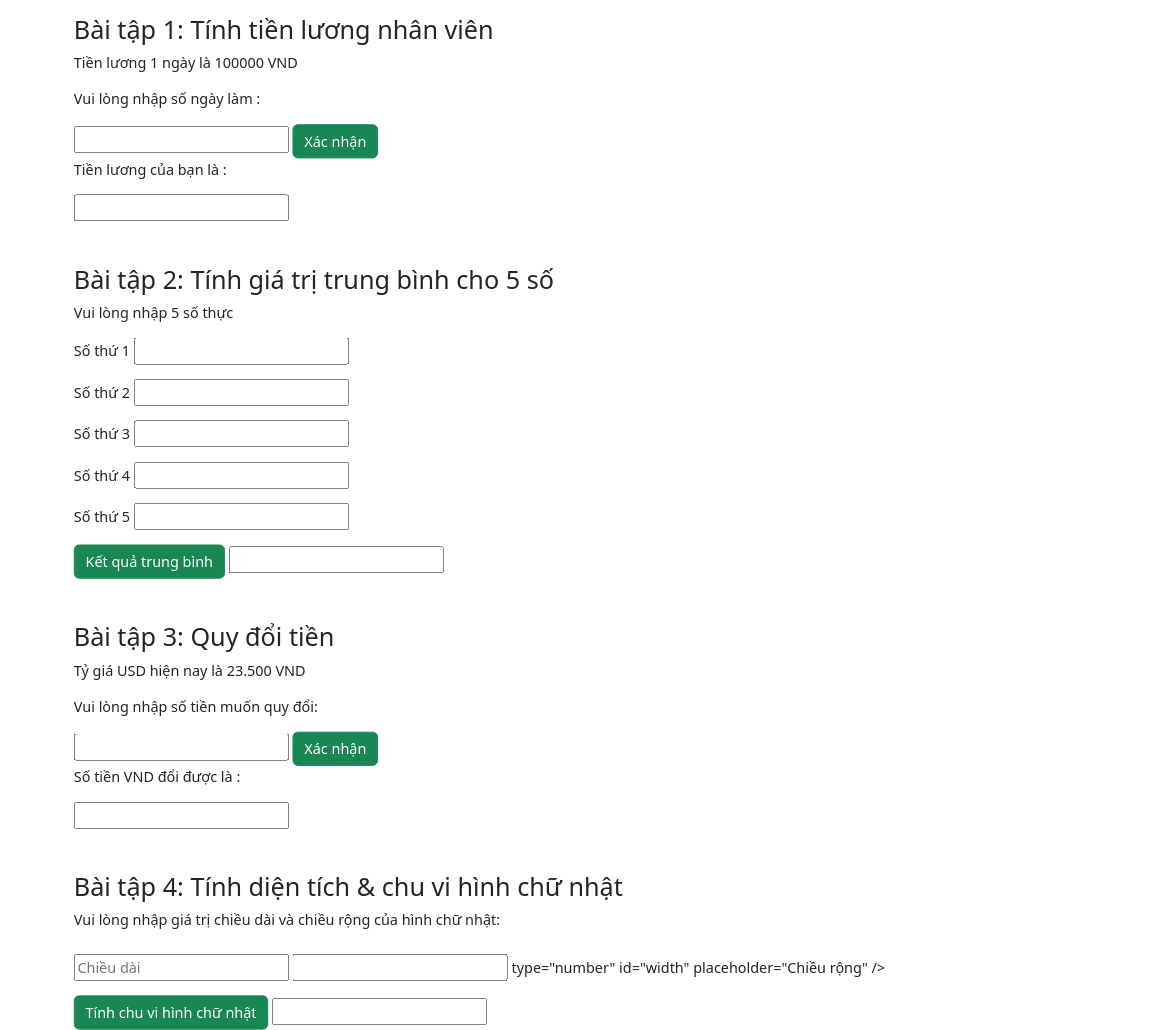
Repository: hcozyph/TranHuuPhuoc_BC43_BT_JS_Buoi2
Page: index.html
The author's editor kept a copy of each file at every save. The page is drawn from the files as they stood at one save, then again after the next save.
The browser window is 1280 px wide. The pictures show the whole page, at 90% of full size.

Above is the page before, as saved 2023-01-21 22:50:05.

### index.html
<!DOCTYPE html>
<html lang="en">
    <head>
        <title>BT JS - Buoi 1</title>
        <!-- Required meta tags -->
        <meta charset="utf-8" />
        <meta
            name="viewport"
            content="width=device-width, initial-scale=1, shrink-to-fit=no"
        />

        <!-- Bootstrap CSS v5.2.1 -->
        <link
            href="https://cdn.jsdelivr.net/npm/bootstrap@5.2.1/dist/css/bootstrap.min.css"
            rel="stylesheet"
            integrity="sha384-iYQeCzEYFbKjA/T2uDLTpkwGzCiq6soy8tYaI1GyVh/UjpbCx/TYkiZhlZB6+fzT"
            crossorigin="anonymous"
        />

        <!-- FontAwesome 6.2.0 CSS -->
        <link
            rel="stylesheet"
            href="https://cdnjs.cloudflare.com/ajax/libs/font-awesome/6.2.0/css/all.min.css"
            integrity="sha512-xh6O/CkQoPOWDdYTDqeRdPCVd1SpvCA9XXcUnZS2FmJNp1coAFzvtCN9BmamE+4aHK8yyUHUSCcJHgXloTyT2A=="
            crossorigin="anonymous"
            referrerpolicy="no-referrer"
        />

        <!-- index.css -->
        <link rel="stylesheet" href="./style/index.css" />
    </head>

    <body>
        <!-- BT1 -->
        <div class="container">
            <div class="BT1">
                <h1 class="fs-3 mt-3">Bài tập 1: Tính tiền lương nhân viên</h1>
                <p>Tiền lương 1 ngày là 100000 VND</p>
                <p>Vui lòng nhập số ngày làm :</p>
                <input type="number" id="soNgayLam" />
                <button
                    class="btn btn-success"
                    id="btnXacNhan"
                    onclick="inputSoNgayLam()"
                >
                    Xác nhận
                </button>
                <p>Tiền lương của bạn là :</p>
                <input type="text" id="result" />
            </div>

            <!-- BT2 -->
            <div class="BT2">
                <h1 class="fs-3 mt-5">
                    Bài tập 2: Tính giá trị trung bình cho 5 số
                </h1>
                <p>Vui lòng nhập 5 số thực</p>

                <p>Số thứ 1 <input type="number" id="n1" /></p>
                <p>Số thứ 2 <input type="number" id="n2" /></p>
                <p>Số thứ 3 <input type="number" id="n3" /></p>
                <p>Số thứ 4 <input type="number" id="n4" /></p>
                <p>Số thứ 5 <input type="number" id="n5" /></p>

                <button
                    class="btn btn-success"
                    id="btnAverage"
                    onclick="average()"
                >
                    Kết quả trung bình
                </button>
                <input type="text" id="average" />
            </div>

            <!-- BT3 -->
            <div class="BT3">
                <h1 class="fs-3 mt-5">Bài tập 3: Quy đổi tiền</h1>
                <p>Tỷ giá USD hiện nay là 23.500 VND</p>
                <p>Vui lòng nhập số tiền muốn quy đổi:</p>

                <input type="number" id="inputUsd" />
                <button
                    class="btn btn-success"
                    id="btnTradeMoney"
                    onclick="tradeMoney ()"
                >
                    Xác nhận
                </button>

                <p>Số tiền VND đổi được là :</p>
                <input type="text" id="tradeMoney" />
            </div>

            <!-- BT4 -->
            <div class="BT4">
                <div>
                    <h1 class="fs-3 mt-5">
                        Bài tập 4: Tính diện tích & chu vi hình chữ nhật
                    </h1>
                    <p>
                        Vui lòng nhập giá trị chiều dài và chiều rộng của hình
                        chữ nhật:
                    </p>

                    <input type="number" id="length" placeholder="Chiều dài" />
                    <input <!-- style="margin-top: 10px" -- />
                    type="number" id="width" placeholder="Chiều rộng" />
                </div>

                <div class="chuVi mt-3">
                    <button class="btn btn-success">
                        Tính chu vi hình chữ nhật
                    </button>
                    <input type="number" id="chuVi" />
                </div>
            </div>
        </div>

        <!-- Bootstrap JavaScript Libraries -->
        <script
            src="https://cdn.jsdelivr.net/npm/@popperjs/core@2.11.6/dist/umd/popper.min.js"
            integrity="sha384-oBqDVmMz9ATKxIep9tiCxS/Z9fNfEXiDAYTujMAeBAsjFuCZSmKbSSUnQlmh/jp3"
            crossorigin="anonymous"
        ></script>

        <script
            src="https://cdn.jsdelivr.net/npm/bootstrap@5.2.1/dist/js/bootstrap.min.js"
            integrity="sha384-7VPbUDkoPSGFnVtYi0QogXtr74QeVeeIs99Qfg5YCF+TidwNdjvaKZX19NZ/e6oz"
            crossorigin="anonymous"
        ></script>

        <!-- index.js -->
        <script src="./index.js"></script>
    </body>
</html>

### index.js
//BT1: Tính tiền lương nhân viên
function inputSoNgayLam () {
    //input
    var soNgayLam = document.getElementById('soNgayLam').value;
    var luongMotNgay = 100000;
    //output
    var result = 0;

    var result = parseInt(soNgayLam) * parseInt(luongMotNgay);

    document.getElementById('result').value = result.toLocaleString() + ' VND';
}

//BT2: Tính trung bình cộng 5 số
function average () {
    //input
    var n1 = document.getElementById('n1').value;
    var n2 = document.getElementById('n2').value;
    var n3 = document.getElementById('n3').value;
    var n4 = document.getElementById('n4').value;
    var n5 = document.getElementById('n5').value;
    //output
    var average = 0;
    var soLuongInput = 5;

    var sum = parseFloat(n1) + parseFloat(n2) + parseFloat(n3) + parseFloat(n4) + parseFloat(n5);

    var average =  sum / parseFloat(soLuongInput) ;

    document.getElementById('average').value = average;
}

//BT3: Quy đổi tiền
function tradeMoney () {
    //input
    var inputUsd = document.getElementById('inputUsd').value;
    var tyGia = 23500;

    //output
    var tradeMoney = 0;

    var tradeMoney = parseInt(inputUsd) * parseInt(tyGia);
    document.getElementById('tradeMoney').value = tradeMoney.toLocaleString() + ' VND';


}










/*
Link vercel:
https://tran-huu-phuoc-bc-43-bt-js-buoi1.vercel.app/
*/

Loaded but not shown: style/index.css (no stored copy; drawn as an empty file)

After the next save:
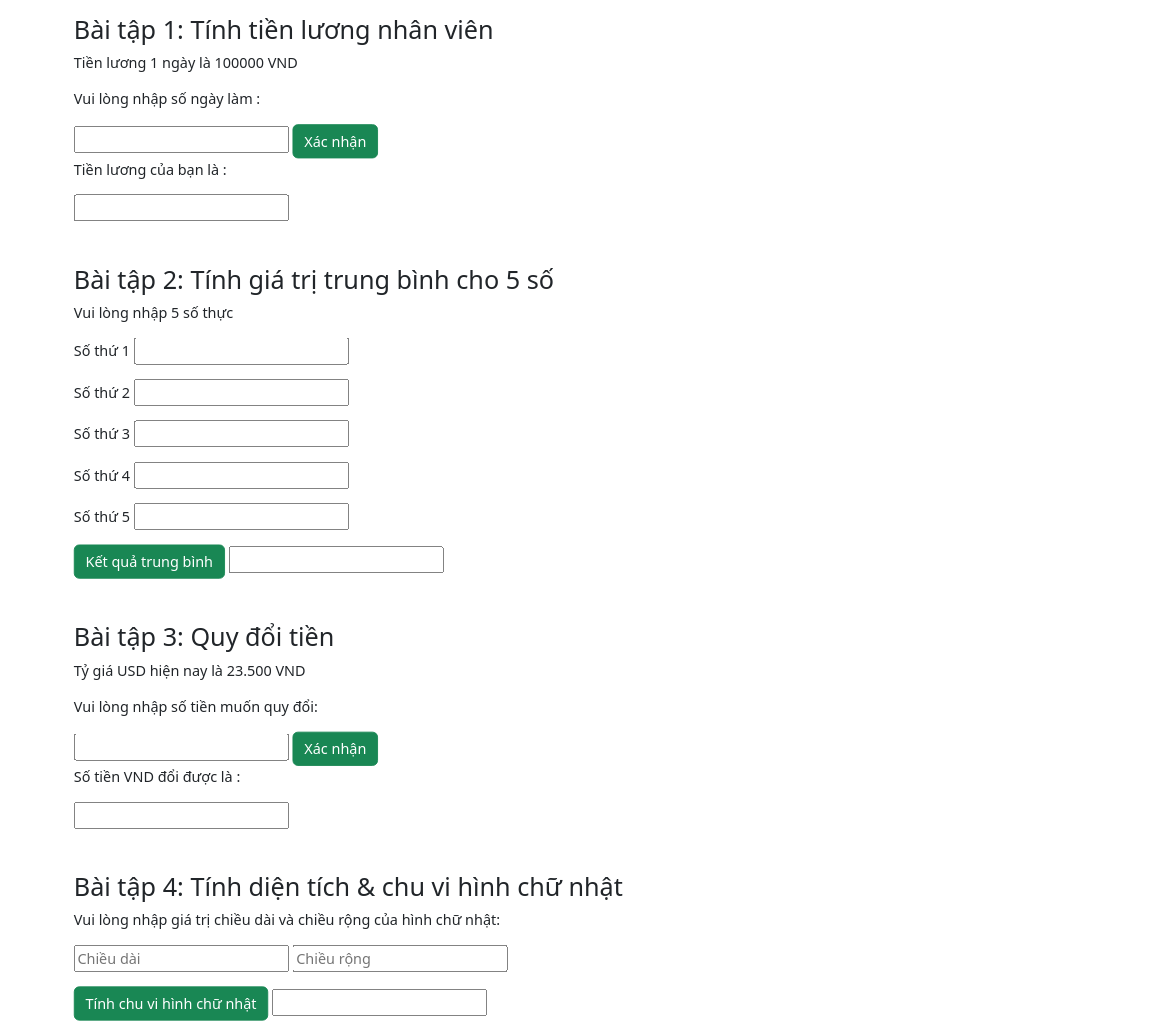
Saved 8 s later.
--- a/index.html
+++ b/index.html
@@ -103,8 +103,7 @@
                     </p>
 
                     <input type="number" id="length" placeholder="Chiều dài" />
-                    <input <!-- style="margin-top: 10px" -- />
-                    type="number" id="width" placeholder="Chiều rộng" />
+                    <input type="number" id="width" placeholder="Chiều rộng" />
                 </div>
 
                 <div class="chuVi mt-3">
